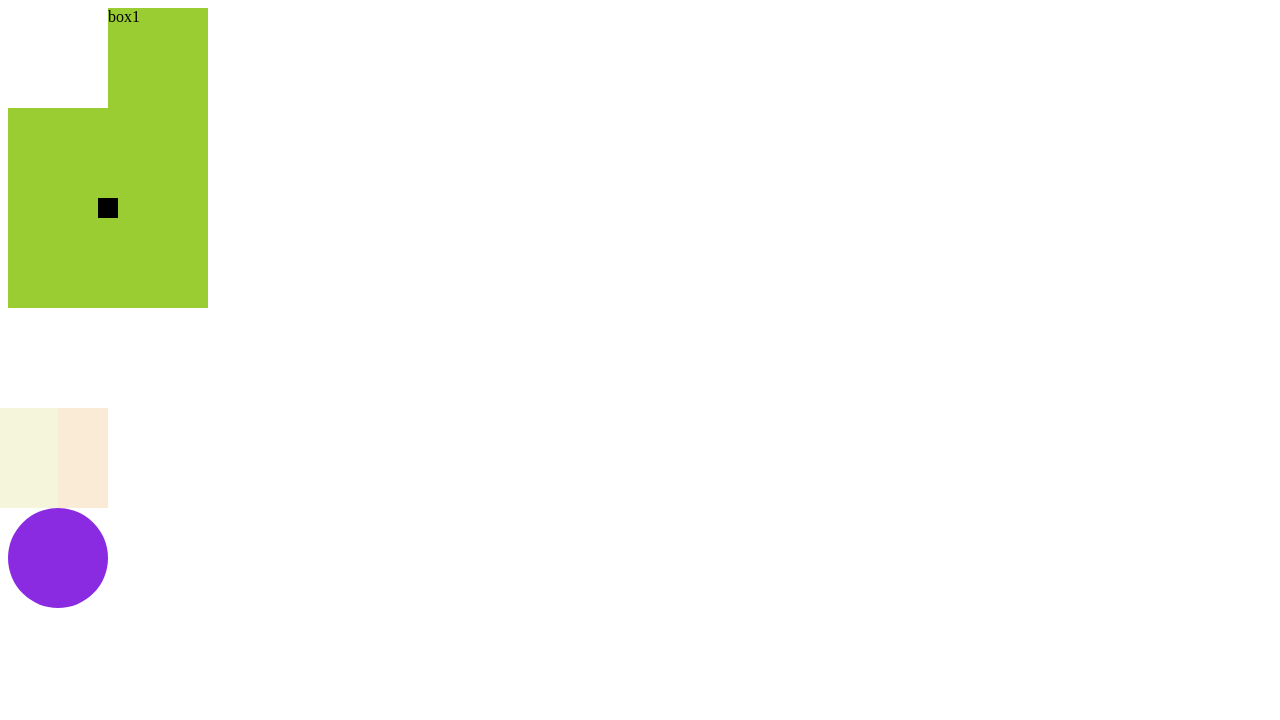
Repository: northpx/animation
Page: index.html
These files come from the project's save history. The page is drawn as it stood at one moment and after a run of saves; the edit follows.
The browser window is 1280 px wide. The pictures show the whole page.

Above is the page before, as saved 2022-12-19 19:36:14.

After the next 4 saves:
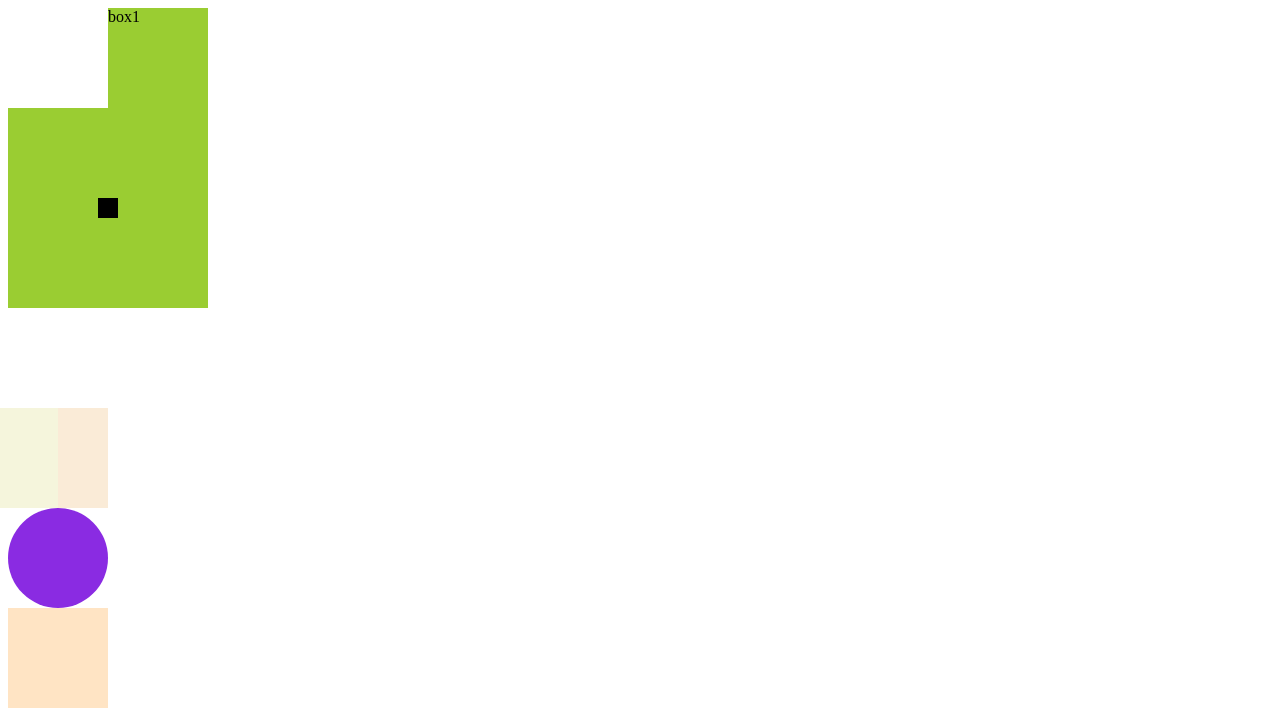
The 4 saves are shown as one change because they came seconds apart.
The last was saved 15 s later.
--- a/style.css
+++ b/style.css
@@ -70,5 +70,6 @@
 .box_skew{
     width: 100px;
     height: 100px;
-    background-color: ;
+    background-color: bisque;
+    transform: skewX();
 }
